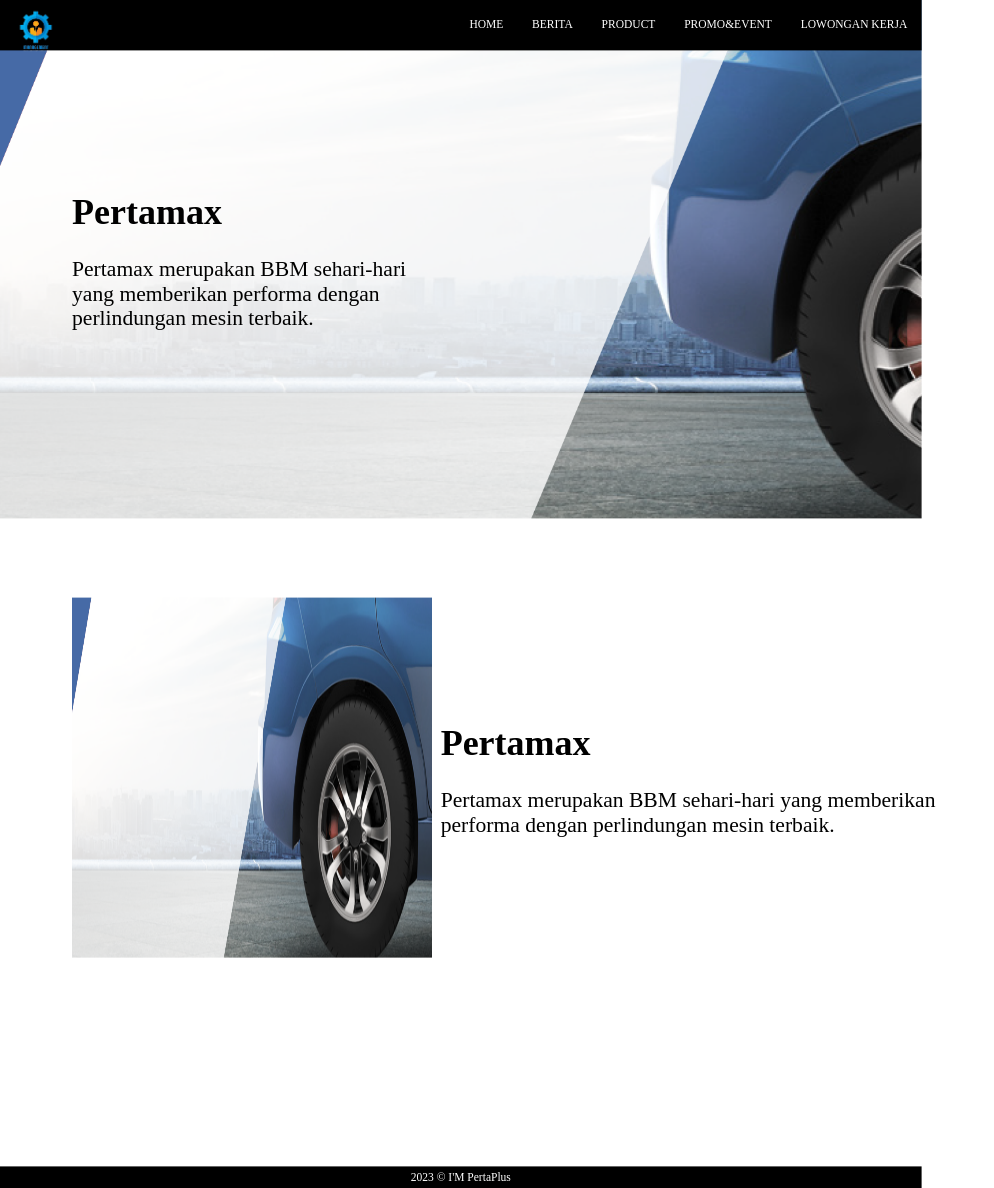
Repository: rizalardi34/project-mypertaplus
Page: pertamax.html
The author's editor kept a copy of each file at every save. The page is drawn from the files as they stood at one save, then again after the next save.
The browser window is 1280 px wide. The page is 1380 px wide, then 1280 px, so the pictures cover 1380 px, including what lies to the right of the window. The pictures show the whole page, at 72% of full size.

Above is the page before, as saved 2023-04-25 13:12:57.

After the next save:
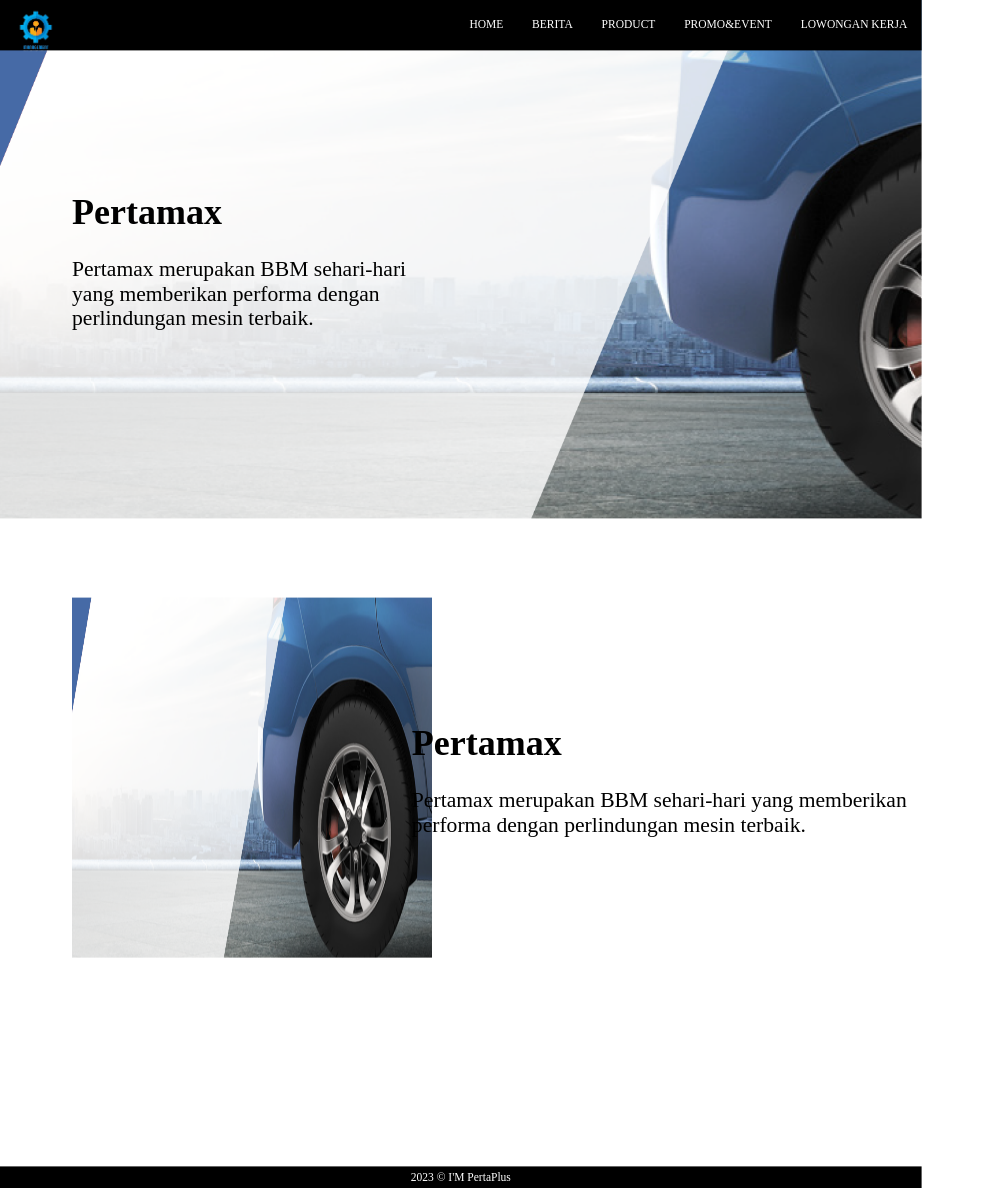
Saved 23 s later.
--- a/pertamax.html
+++ b/pertamax.html
@@ -26,7 +26,7 @@
                     </div>
                 </div>
             </div>
-            <div style=" height: 100%; width: 100%; display: flex; justify-content: start; align-items: center; padding-left: 100px;">
+            <div style=" height: 100%; width: auto; display: flex; justify-content: start; align-items: center; padding-left: 100px;">
                 <div style="width: 40%;">
                     <img src="./Main.png" alt="logo" height="500px" width="500px">
                 </div>
